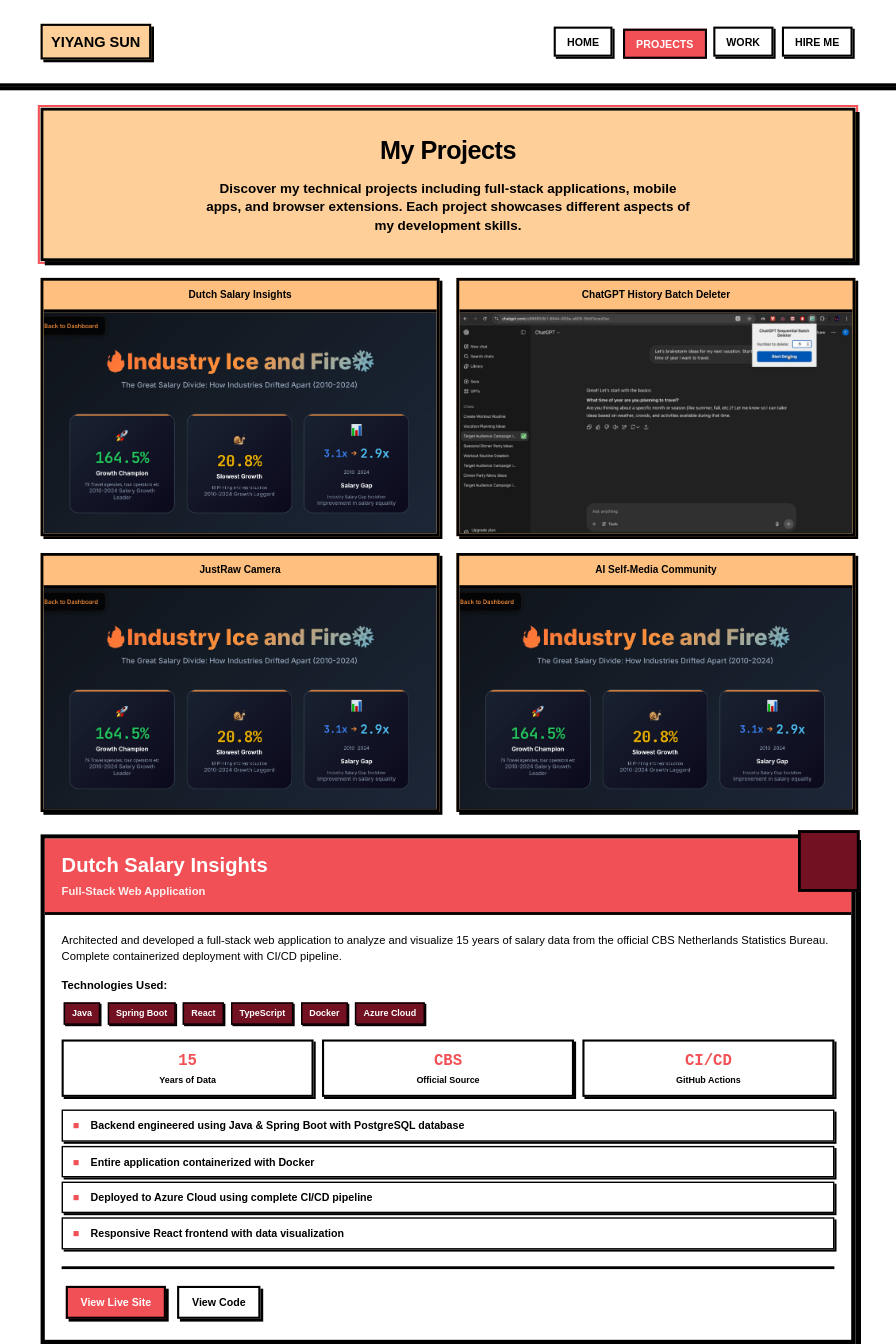
Repository: miloyiyangsun/yiyangsun.github.io
Page: .superdesign/design_iterations/yiyang_projects_v2.html
The author's editor kept a copy of each file at every save. The page is drawn from the files as they stood at one save, then again after the next save.
The browser window is 1280 px wide. The pictures show the part of the page from y = 0 to 1920 px (the page is 4403 px tall), at 70% of full size.

Above is the page before, as saved 2025-09-03 20:39:56.

After the next save:
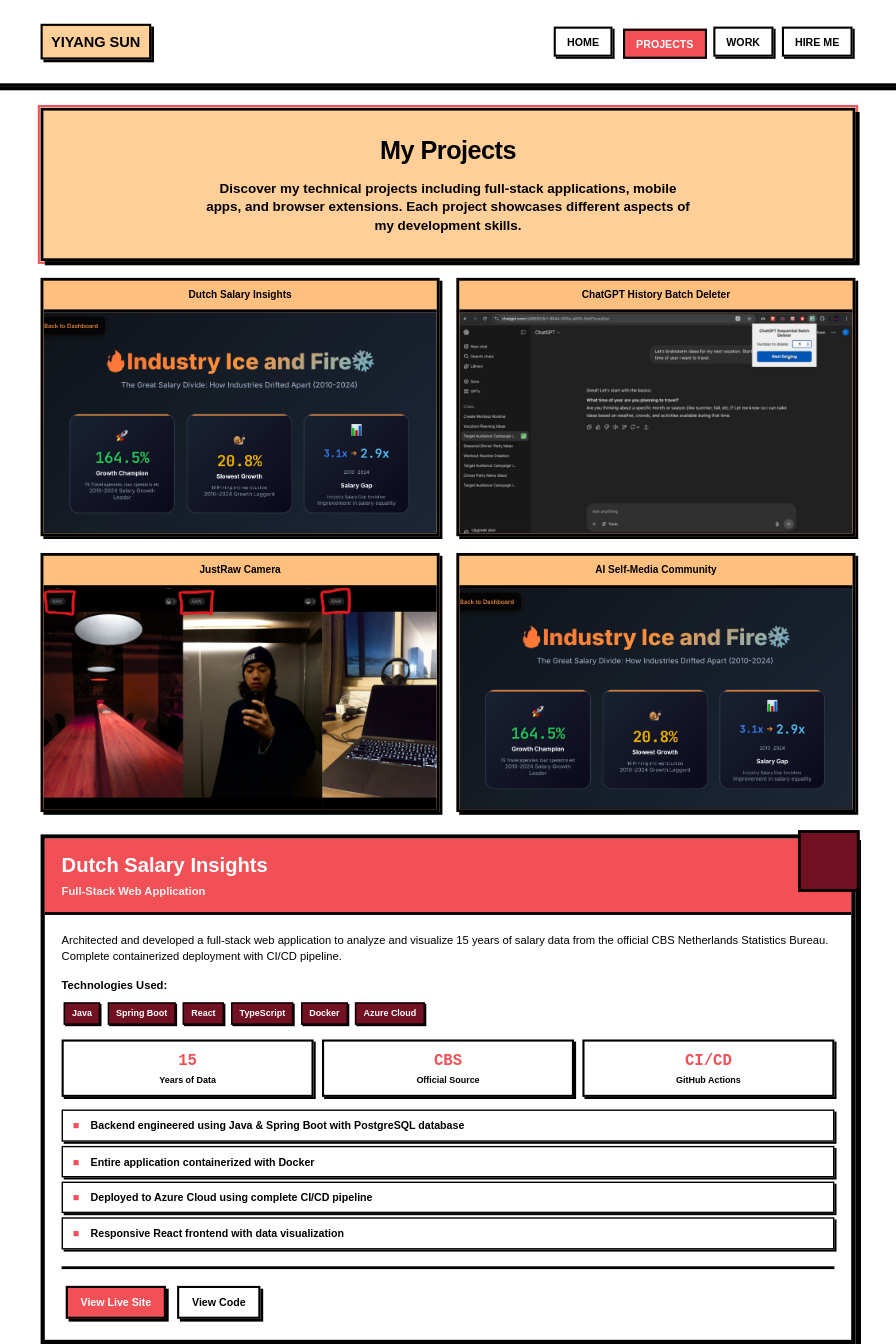
Saved 5 min 51 s later.
--- a/.superdesign/design_iterations/yiyang_projects_v2.html
+++ b/.superdesign/design_iterations/yiyang_projects_v2.html
@@ -379,7 +379,7 @@
           >
             <div class="nav-title">JustRaw Camera</div>
             <img
-              src="../../assets/images/projects/dutch-salary-preview.jpg"
+              src="../../assets/images/projects/justraw-camera-preview.jpg"
               alt="JustRaw Camera Preview"
             />
           </a>
